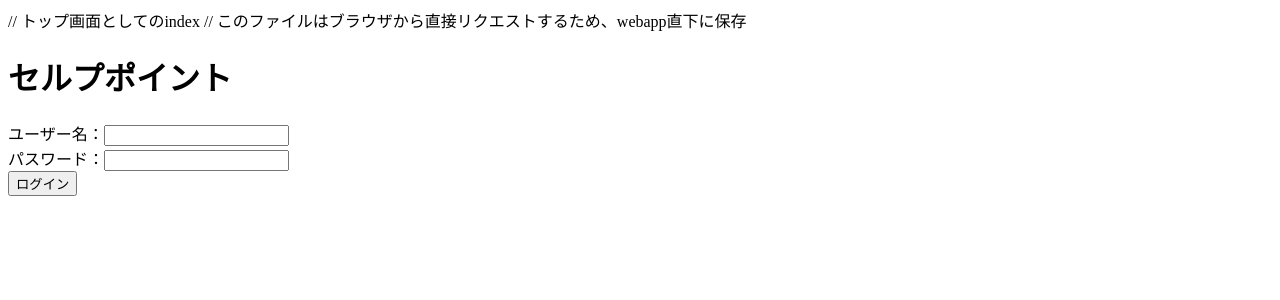
Repository: nkns3/ITWorkshop
Page: http://localhost/SelpPoint/
An editor plug-in stored every save of this project. The page is shown before and after the next save, followed by the edit.
The browser window is 1280 px wide. The pictures show the whole page.
The page is served by Tomcat 10. Other server files are loaded and not shown.

Above is the page before, as saved 2024-12-09 03:08:04.

### selfProduced/SelpPoint/src/main/webapp/index.jsp
<%@ page language="java" contentType="text/html; charset=UTF-8"
    pageEncoding="UTF-8"%>
<!DOCTYPE html>

// トップ画面としてのindex
// このファイルはブラウザから直接リクエストするため、webapp直下に保存
<html>
<head>
<meta charset="UTF-8">
<title>SelpPoint</title>
</head>
<body>
<h1>セルプポイント</h1>

<!-- ログイン用のフォーム -->
<form action="Login" method="post">
ユーザー名：<input type="text" name="name"><br>
パスワード：<input type="password" name="pass"><br>
<input type="submit" value="ログイン">
</form>

</body>
</html>

After the next save:
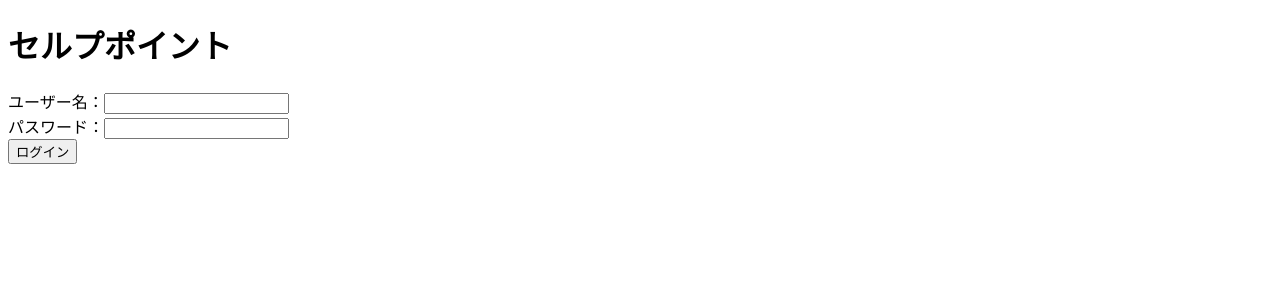
Saved 9 min 21 s later.
--- a/selfProduced/SelpPoint/src/main/webapp/index.jsp
+++ b/selfProduced/SelpPoint/src/main/webapp/index.jsp
@@ -2,8 +2,8 @@
     pageEncoding="UTF-8"%>
 <!DOCTYPE html>
 
-// トップ画面としてのindex
-// このファイルはブラウザから直接リクエストするため、webapp直下に保存
+<!-- // トップ画面としてのindex -->
+<!-- // このファイルはブラウザから直接リクエストするため、webapp直下に保存 -->
 <html>
 <head>
 <meta charset="UTF-8">
